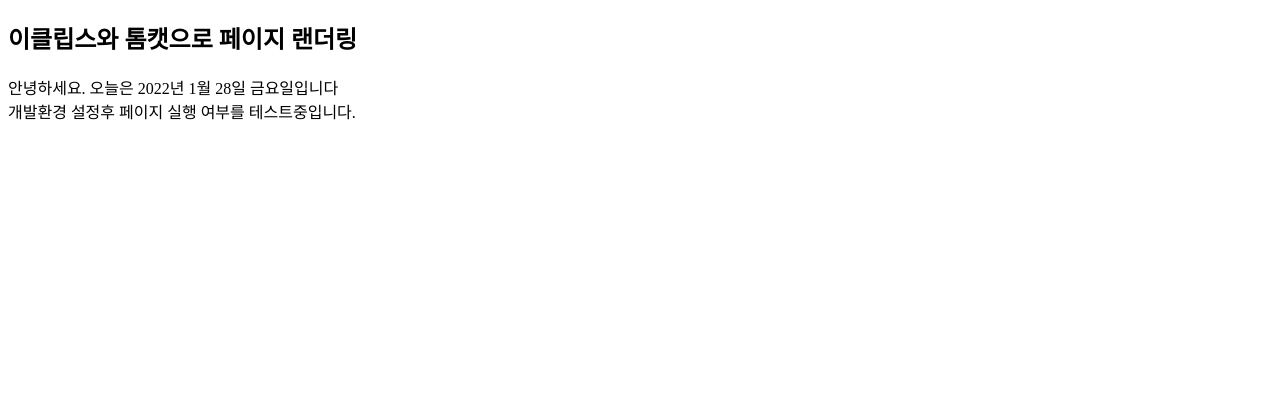
Repository: poiup/jsp_practice
Page: http://localhost/20210128/Hello.jsp
An editor plug-in stored every save of this project. The page is shown before and after the next save, followed by the edit.
The browser window is 1280 px wide. The pictures show the whole page.
The page is served by Tomcat 9.

Above is the page before, as saved 2022-01-28 01:46:56.

### 20210128/src/main/webapp/Hello.jsp
<%@ page language="java" contentType="text/html; charset=EUC-KR"
    pageEncoding="EUC-KR"%>
<!DOCTYPE html>
<html>
<head>
<meta charset="EUC-KR">
<title>Insert title here</title>
</head>
<body>
 <h2>이클립스와 톰캣으로 페이지 랜더링</h2>
 <p>
 	안녕하세요. 오늘은 2022년 1월 28일 금요일입니다</br>
 	개발환경 설정후 페이지 실행 여부를 테스트중입니다.
 </p>
</body>
</html>

After the next save:
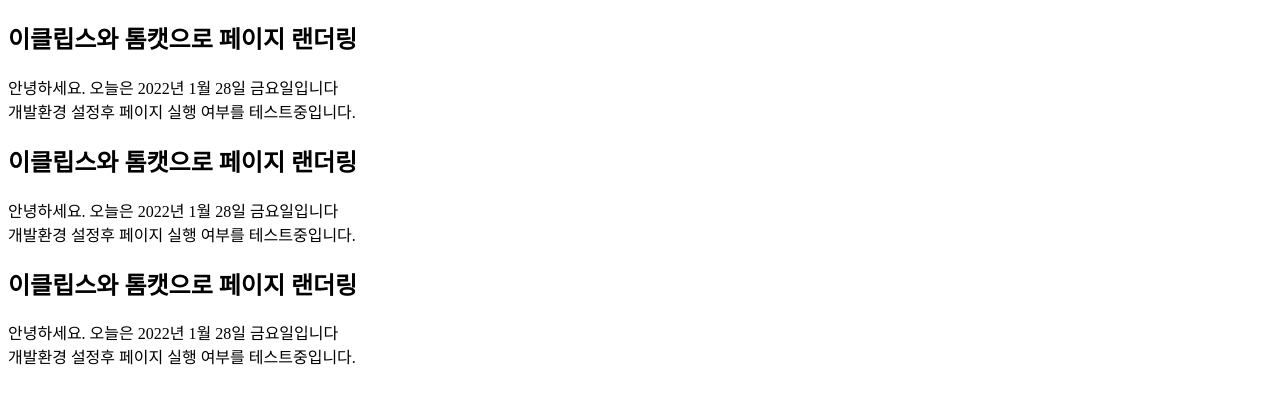
Saved 16 min 18 s later.
--- a/20210128/src/main/webapp/Hello.jsp
+++ b/20210128/src/main/webapp/Hello.jsp
@@ -12,5 +12,15 @@
  	안녕하세요. 오늘은 2022년 1월 28일 금요일입니다</br>
  	개발환경 설정후 페이지 실행 여부를 테스트중입니다.
  </p>
+ <h2>이클립스와 톰캣으로 페이지 랜더링</h2>
+ <p>
+ 	안녕하세요. 오늘은 2022년 1월 28일 금요일입니다</br>
+ 	개발환경 설정후 페이지 실행 여부를 테스트중입니다.
+ </p>
+ <h2>이클립스와 톰캣으로 페이지 랜더링</h2>
+ <p>
+ 	안녕하세요. 오늘은 2022년 1월 28일 금요일입니다</br>
+ 	개발환경 설정후 페이지 실행 여부를 테스트중입니다.
+ </p>
 </body>
 </html>
